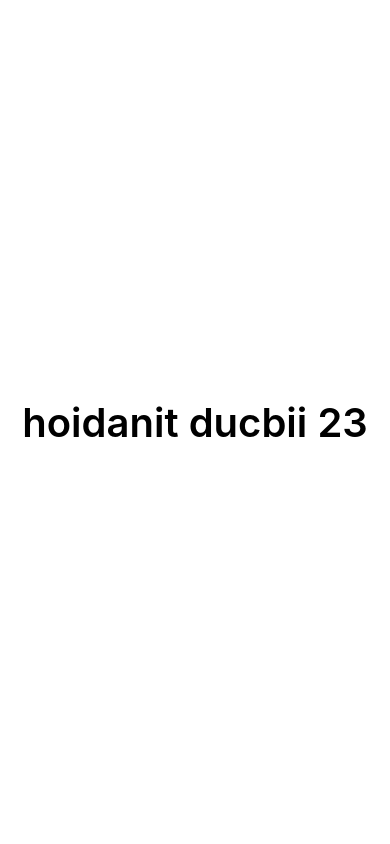
Repository: Ducbii4202/React-Native
Screen: /review-detail
These files come from the project's save history. The screen is drawn as it stood at one moment and after the next save; the edit follows.
The app was drawn by React Native's web renderer in a window 390 px wide. The project was rebuilt for these pictures with package versions that can differ from the ones it lists, and the page was loaded fresh each time.

Above is the screen before, as saved 2024-09-14 00:17:24.

### App.tsx

import { useState } from 'react';
import { StyleSheet, Text, View } from 'react-native';

export default function App() {
  const [name, setName] = useState<string>("hoidanit");
  const [test, setTest] = useState({
    name: 'thang',
    age: 23,
  });
  return (
    <View style={styles.container}>
      <Text style={{fontSize:40, fontWeight:"600"}}>
      {name} ducbii {test.age}
      </Text>
    </View>
  );
}


//css in js
const styles = StyleSheet.create({
  container: {
    flex: 1,
    backgroundColor: '#fff',
    alignItems: 'center',
    justifyContent: 'center',
  },
  hello1: {
    color: "violet",
    borderColor: "pink",
    borderWidth: 1,
    fontSize: 30,
    padding:10,
  },
  header: {
    fontSize: 30,
    fontWeight:"600",
  }
});

After the next save:
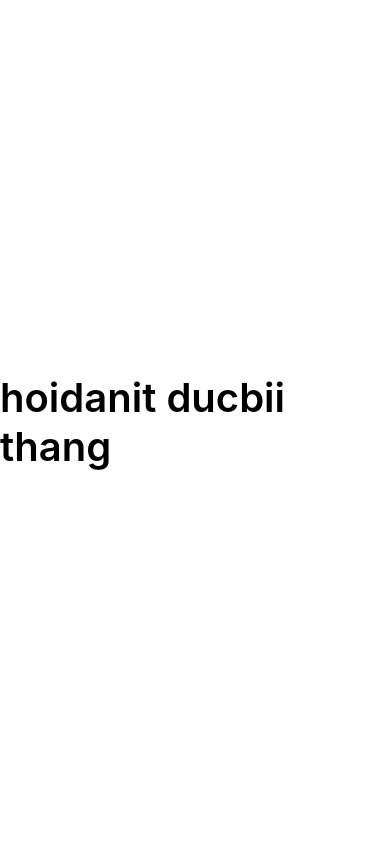
Saved 4 s later.
--- a/App.tsx
+++ b/App.tsx
@@ -11,7 +11,7 @@ export default function App() {
   return (
     <View style={styles.container}>
       <Text style={{fontSize:40, fontWeight:"600"}}>
-      {name} ducbii {test.age}
+      {name} ducbii {test.name}
       </Text>
     </View>
   );
